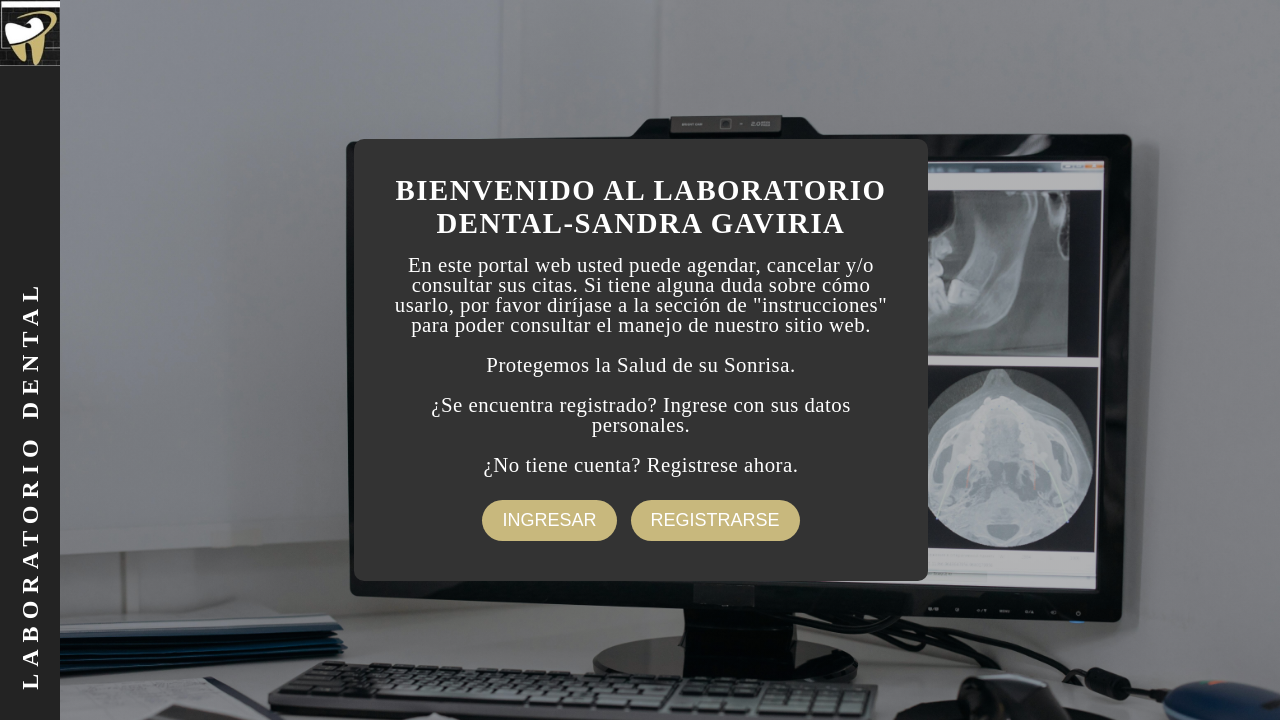
Repository: IIntef/ProyectoDental2.0
Page: Proyecto/Proyecto/Fer.html
The author's editor kept a copy of each file at every save. The page is drawn from the files as they stood at one save, then again after the next save.
The browser window is 1280 px wide. The pictures show the whole page.

Above is the page before, as saved 2024-06-14 17:00:27.

After the next save:
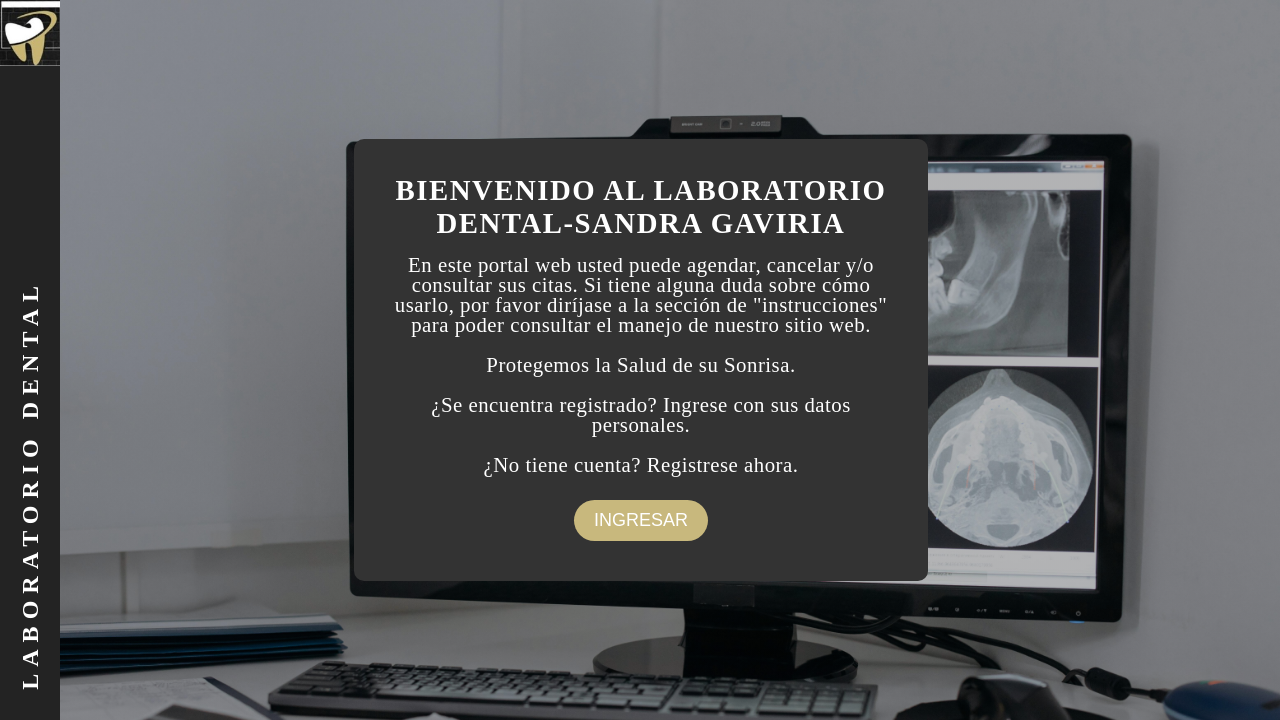
Saved 14 s later.
--- a/Proyecto/Proyecto/Fer.html
+++ b/Proyecto/Proyecto/Fer.html
@@ -21,7 +21,6 @@
 
         <div class="buttons">
         <button id="ingresar">INGRESAR</button>
-        <button id="registrarse">REGISTRARSE</button>
         </div>
     </div>
     </main>
